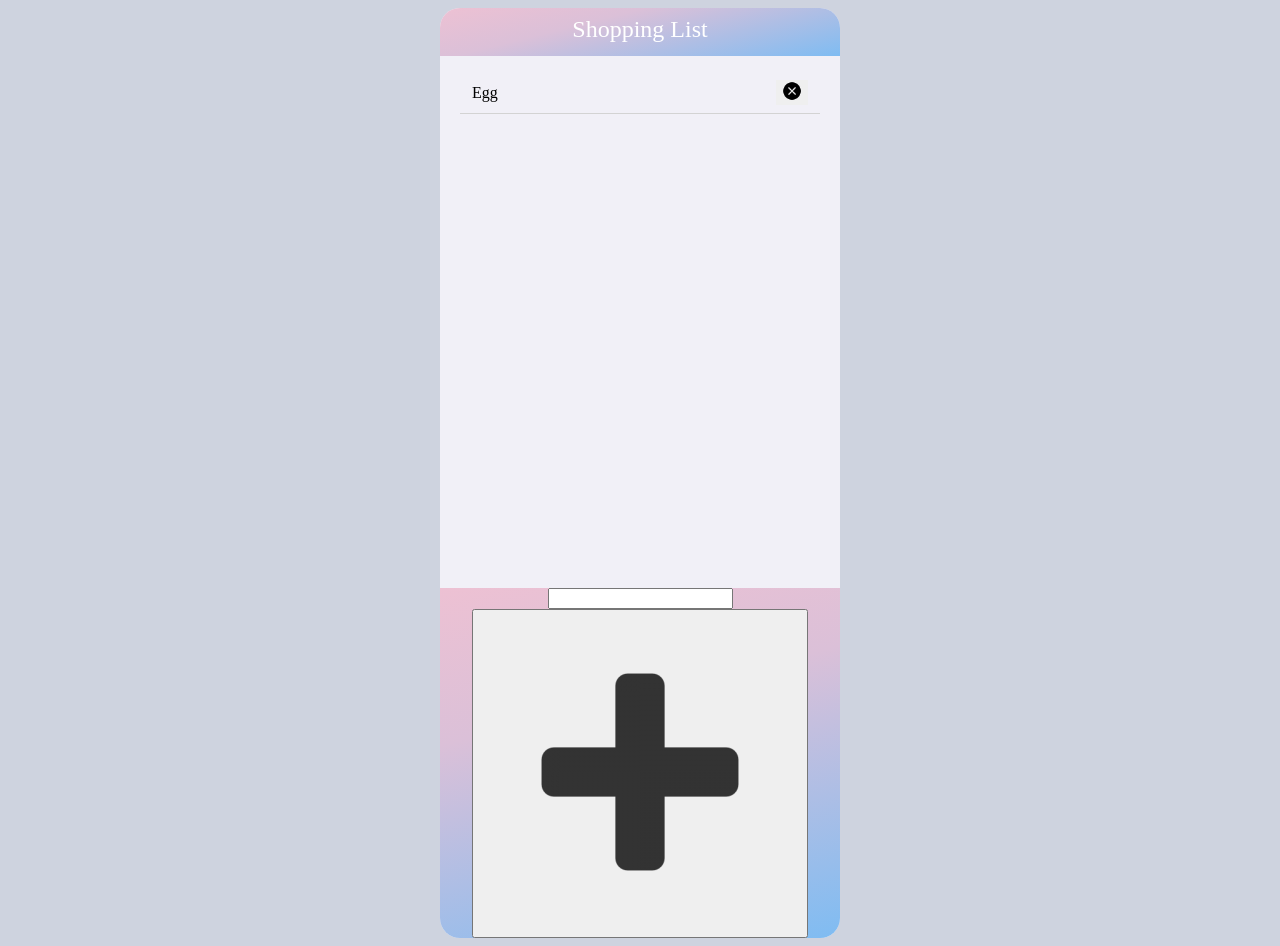
Repository: yoon-dh/JS_Prac
Page: shopping_list/shopping_list.html
The author's editor kept a copy of each file at every save. The page is drawn from the files as they stood at one save, then again after the next save.
The browser window is 1280 px wide. The pictures show the whole page.

Above is the page before, as saved 2023-06-21 22:19:32.

### shopping_list/shopping_list.html
<!DOCTYPE html>
<html lang="en">
  <head>
    <meta charset="UTF-8" />
    <meta http-equiv="X-UA-Compatible" content="IE=edge" />
    <meta name="viewport" content="width=device-width, initial-scale=1.0" />
    <title>Document</title>
    <link rel="stylesheet" href="style.css" />
    <script src="main.js" defer></script>
  </head>
  <body>
    <section class="list">
      <header class="header">Shopping List</header>
      <ul class="items">
        <li class="item_row">
          <div class="item">
            <span class="item_name">Egg</span>
            <button class="item_delete_btn">
              <img class="item_delete" src="image/delete-button.png" alt="" />
            </button>
          </div>
          <div class="item_divider"></div>
        </li>
      </ul>
      <footer class="footer">
        <input class="footer_input" type="text" />
        <button class="footer_button">
          <img src="image/plus-icon-black-2.png" alt="" />
        </button>
      </footer>
    </section>
  </body>
</html>

### shopping_list/style.css
* {
  box-sizing: border-box;
}

ul {
  padding: 0;
}

body {
  background-color: #ced3df;
  text-align: center;
}

.list {
  width: 400px;
  margin: auto;
  background-color: #f1f0f7;
  border-radius: 20px;
}

.header {
  height: 48px;
  padding: 8px;
  font-size: 24px;
  background: rgba(237, 193, 211);
  background: linear-gradient(
    166deg,
    rgba(237, 193, 211, 1) 0%,
    rgba(219, 192, 216, 1) 35%,
    rgba(127, 188, 242, 1) 100%
  );
  border-radius: 20px 20px 0px 0px;
  color: white;
}

.items {
  height: 500px;
  overflow-y: auto;
}

.item {
  display: flex;
  justify-content: space-between;
  padding: 8px 32px;
  align-items: center;
}

.item_divider {
  width: 90%;
  height: 1px;
  background-color: lightgray;
  margin: auto;
}

.item_delete_btn {
  border: none;
}

.item_delete {
  cursor: pointer;
  width: 20px;
  height: 20px;
}

.footer {
  background: rgba(237, 193, 211);
  background: linear-gradient(
    166deg,
    rgba(237, 193, 211, 1) 0%,
    rgba(219, 192, 216, 1) 35%,
    rgba(127, 188, 242, 1) 100%
  );

  border-radius: 0px 0px 20px 20px;
}

Loaded but not shown: shopping_list/main.js (no copy from this time; the picture is the same without it)

After the next save:
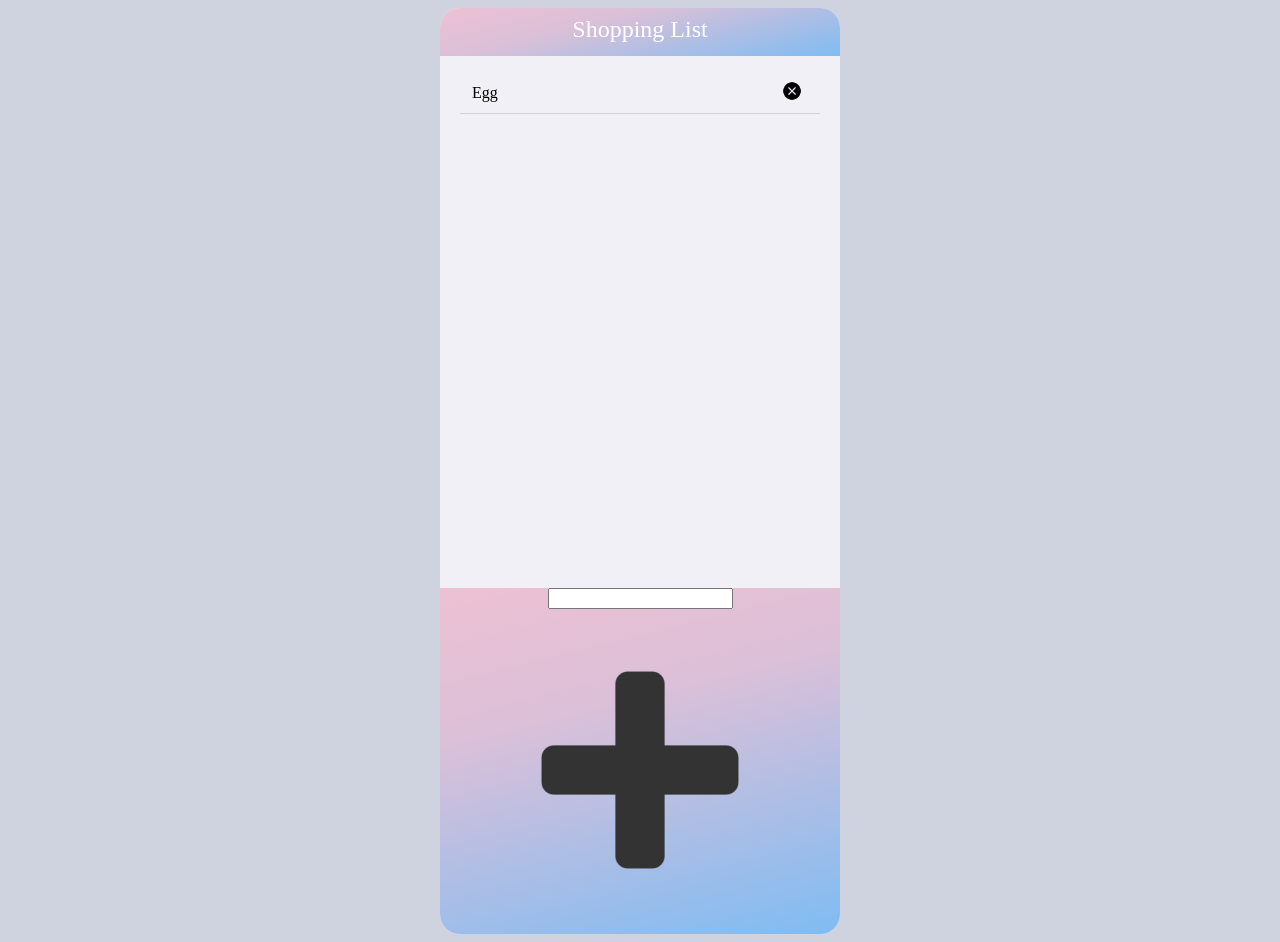
Saved 69 s later.
--- a/shopping_list/style.css
+++ b/shopping_list/style.css
@@ -9,6 +9,12 @@ ul {
 body {
   background-color: #ced3df;
   text-align: center;
+}
+
+button {
+  outline: none;
+  border: none;
+  background: transparent;
 }
 
 .list {
